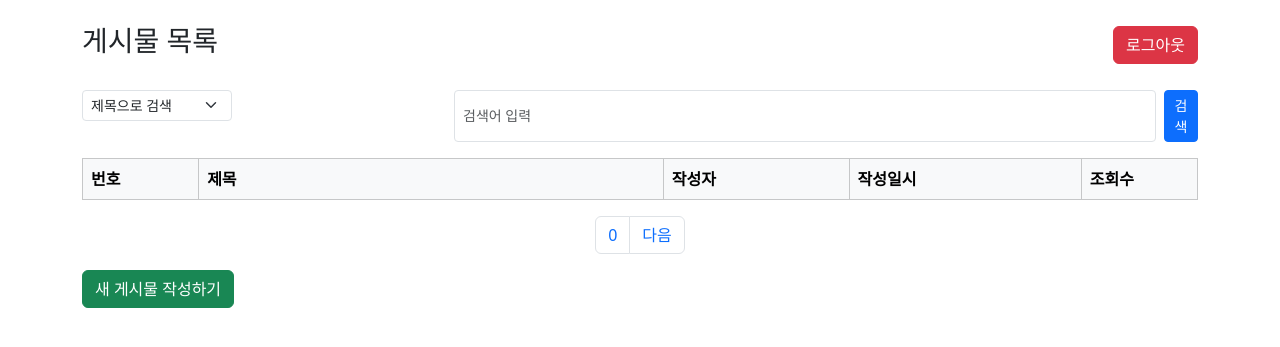
Repository: LHH-commits/SpringBoot_simple_board
Page: http://localhost/lcomputerstudy/WEB-INF/views/list.jsp
An editor plug-in stored every save of this project. The page is shown before and after a run of saves, followed by the edit.
The browser window is 1280 px wide. The pictures show the whole page.
The page is served by Tomcat 9. Nobody is signed in. The template is opened directly, without the code that normally fills it, so the values that code supplies are empty.

Above is the page before, as saved 2024-09-23 01:29:18.

After the next 2 saves:
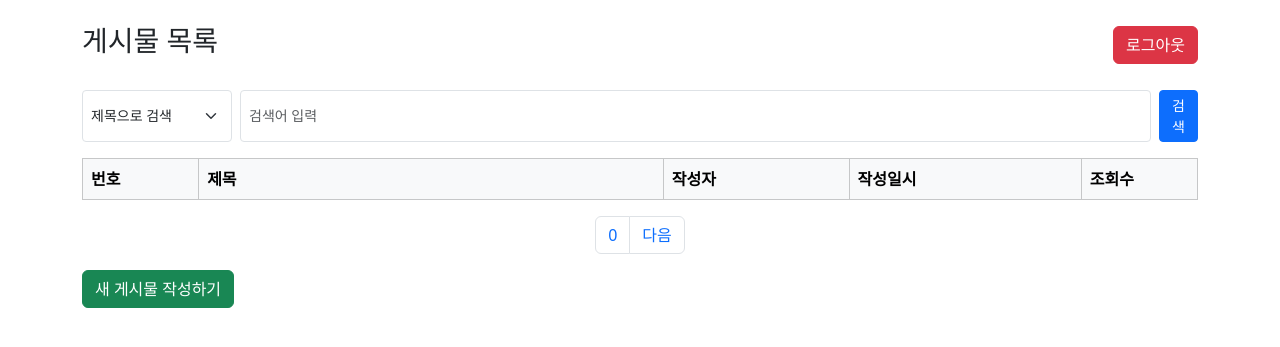
The 2 saves are shown as one change because they came seconds apart.
The last was saved 50 s later.
--- a/lcomputerstudy/src/main/webapp/WEB-INF/views/list.jsp
+++ b/lcomputerstudy/src/main/webapp/WEB-INF/views/list.jsp
@@ -103,13 +103,11 @@
     		<a href="/logout" class="btn btn-danger">로그아웃</a>
     	</div>
 	<form action="/list" method="get" class="d-flex mb-3">
-		<div class="col-md-4">
 		    <select name="searchOption" class="form-select form-select-sm me-2" style="width:150px">
 		        <option value="title" ${searchparam.searchOption == 'title' ? 'selected' : ''}>제목으로 검색</option>
 		        <option value="content" ${searchparam.searchOption == 'content' ? 'selected' : ''}>내용으로 검색</option>
 		        <option value="titleContent" ${searchparam.searchOption == 'titleContent' ? 'selected' : ''}>제목+내용으로 검색</option>
 		    </select>
-	    </div>
     	<input type="text" name="searchKeyword" class="form-control form-control-sm me-2" value="${searchparam.searchKeyword != null ? searchparam.searchKeyword : ''}" placeholder="검색어 입력">
    		<button type="submit" class="btn btn-primary btn-sm">검색</button>
 	</form>
